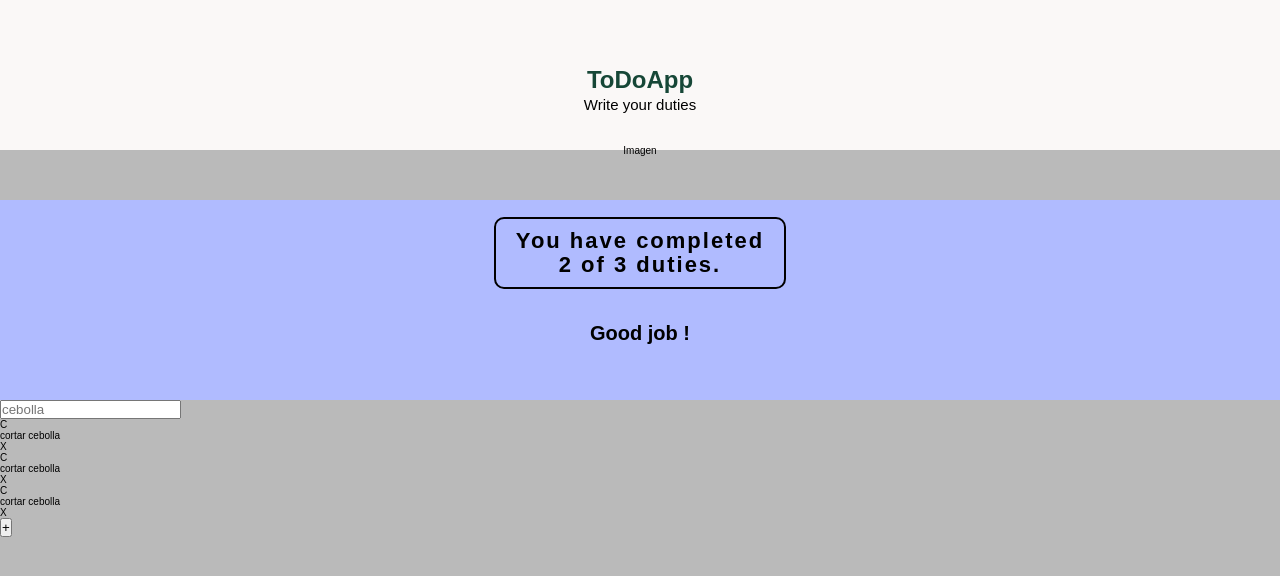
Repository: ChristianGecchelin/to-do-app
Page: /
These files come from the project's save history. The page is drawn as it stood at one moment and after the next save; the edit follows.
The browser window is 1280 px wide. The pictures show the whole page.
The project was rebuilt for these pictures with package versions that can differ from the ones it lists, and the page was loaded fresh each time.

Above is the page before, as saved 2022-01-12 11:08:09.

After the next save:
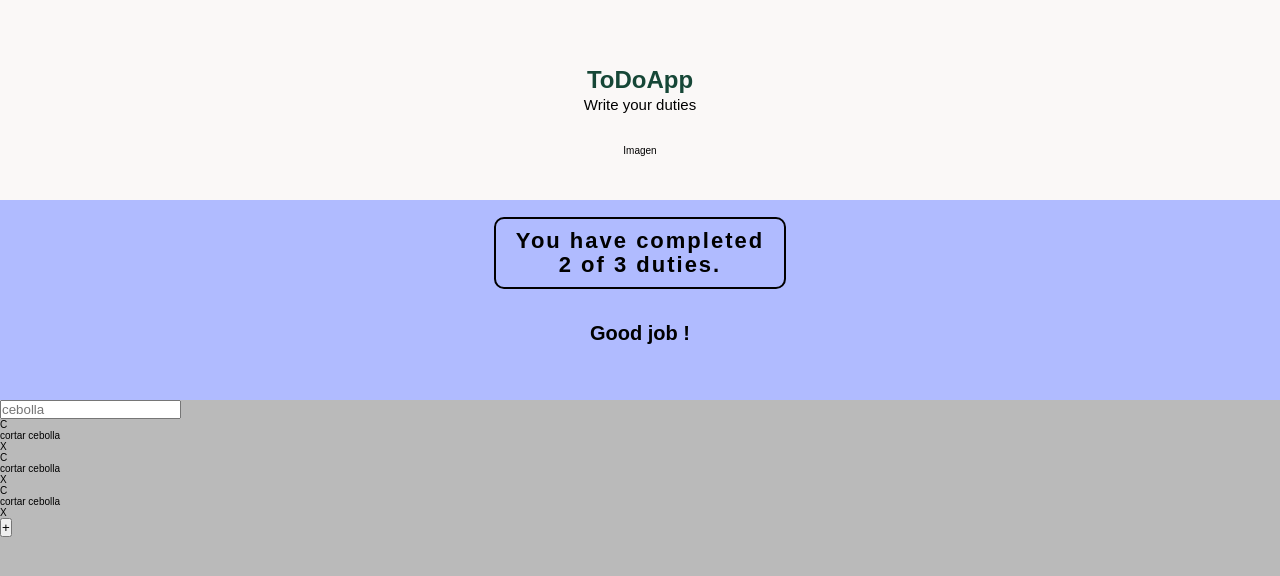
Saved 2 min 29 s later.
--- a/src/styles/header.css
+++ b/src/styles/header.css
@@ -6,9 +6,9 @@ header {
   align-items: center;
   width: 100%;
   min-width: 320px;
-  height: 150px;
+  height: 200px;
   text-align: center;
-  margin-bottom: 50px;
+  padding-bottom: 50px;
   background: #faf8f7;
 }
 header h1 {
